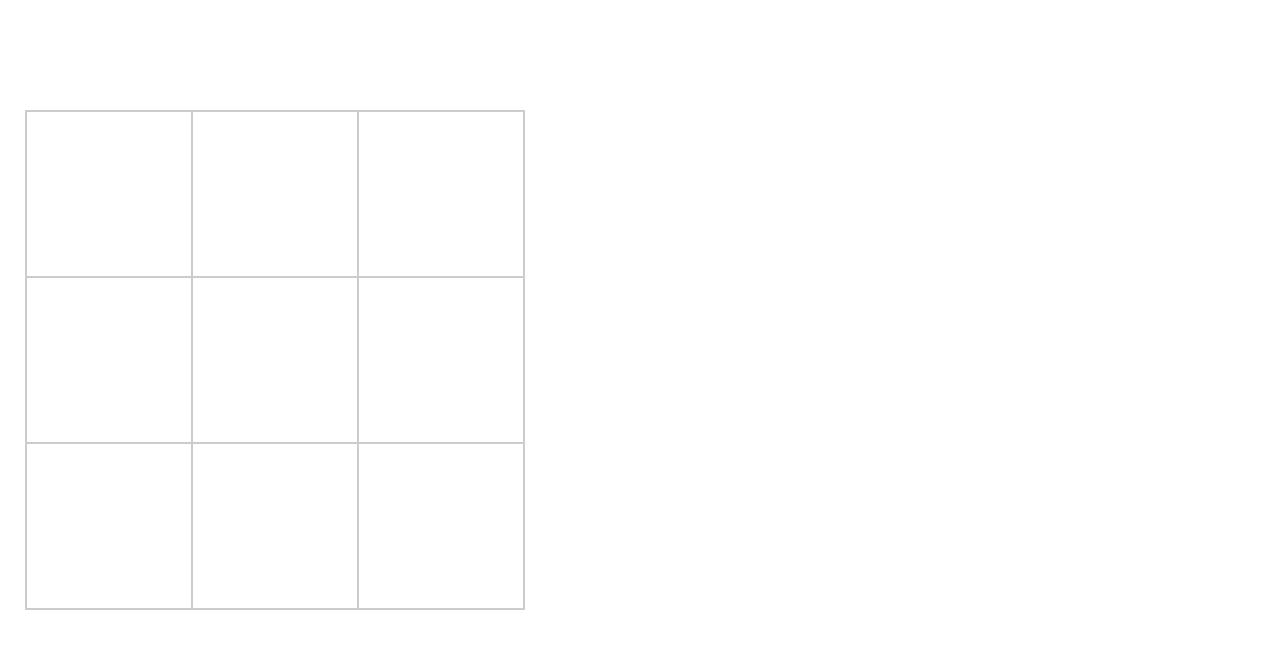
Repository: Nqvinh7603/TIC-TAC-TOE
Page: /
These files come from the project's save history. The page is drawn as it stood at one moment and after the next save; the edit follows.
The browser window is 1280 px wide. The pictures show the whole page.
The project was rebuilt for these pictures with package versions that can differ from the ones it lists, and the page was loaded fresh each time. Also part of the build but not shown: vite.config.js.

Above is the page before, as saved 2024-01-01 15:08:09.

After the next save:
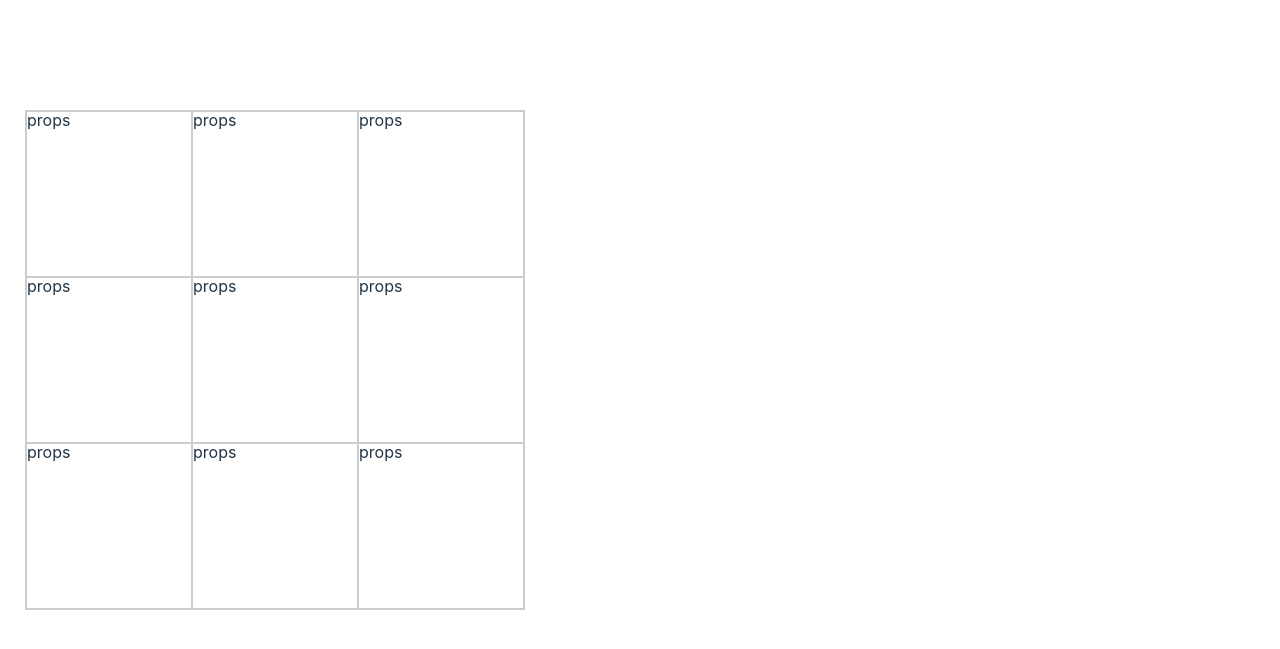
Saved 57 s later.
--- a/src/Cell.jsx
+++ b/src/Cell.jsx
@@ -1,7 +1,7 @@
 import React from "react";
 
-const Cell = () => {
-  return <div className="game-cell"></div>;
+const Cell = (props) => {
+  return <div className="game-cell">props</div>;
 };
 
 export default Cell;

After the save that followed:
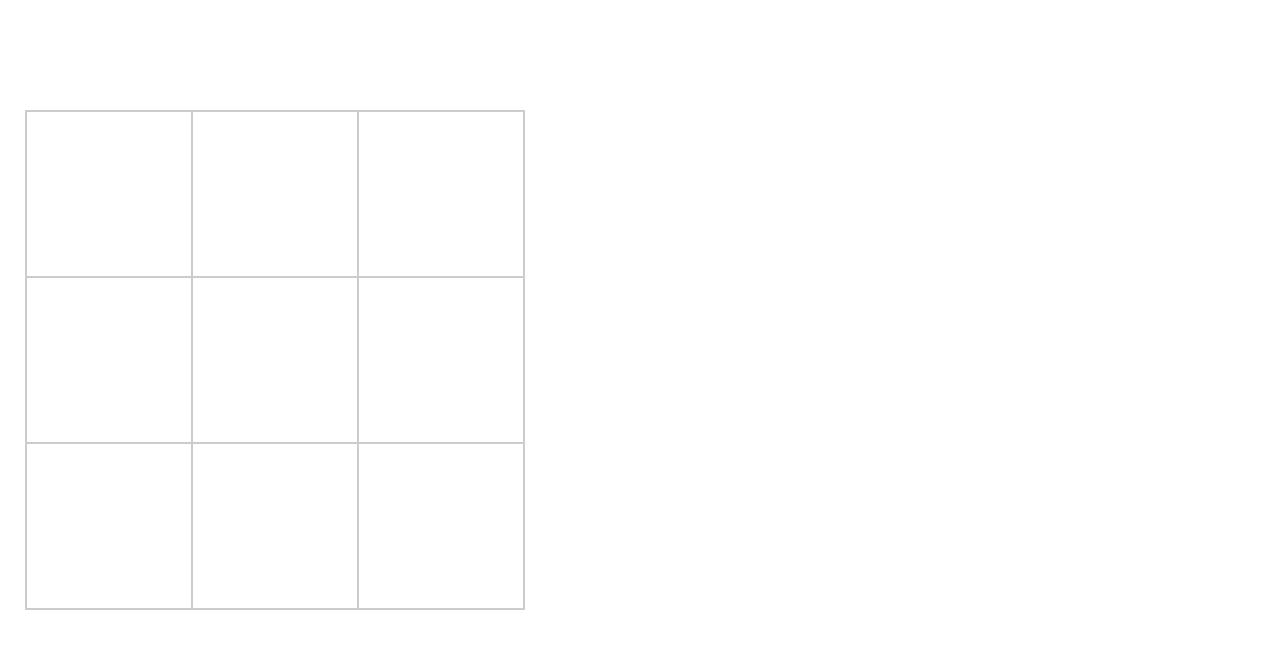
Saved 19 s later.
--- a/src/Cell.jsx
+++ b/src/Cell.jsx
@@ -1,7 +1,7 @@
 import React from "react";
 
 const Cell = (props) => {
-  return <div className="game-cell">props</div>;
+  return <div className="game-cell">{props.value}</div>;
 };
 
 export default Cell;
